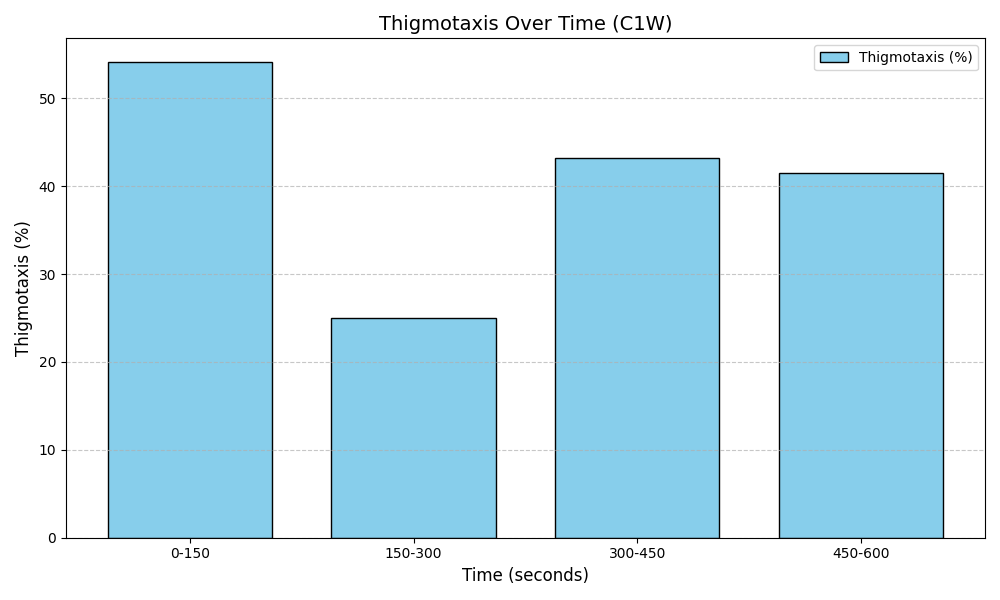
Repository: ZoharBNH5/Behavioral-Testing-Laboratory
Script's output: python bhave_tests.py
These files come from the project's save history. The script's output is drawn as it stood at one moment and after the next save; the edit follows.
Random numbers start from a fixed seed. It also reads C1B_271124_new.mat, C1W_241124_new.mat.

Above is the script's output before, as saved 2024-11-29 13:01:50.

### bhave_tests.py
import numpy as np
import scipy.io


import matplotlib.pyplot as plt
from scipy.io import loadmat
import matplotlib.pyplot



# load data from file
data = loadmat('C1W_241124_new.mat')
mouse_num = "C1W"

print(data.keys())
# Extract grooming start-stop data
grooming_start_stop = data.get('grooming_start_stop', None)
crossing_times = data.get('crossing_times', None)
periphery_times = data.get('periphery_times', None)

if crossing_times is not None and periphery_times is not None and grooming_start_stop is not None:
    # Flatten arrays for processing
    crossing_times = crossing_times.flatten()
    periphery_times = periphery_times.flatten()
    grooming_start_stop = grooming_start_stop.T  # Transpose grooming data for easier handling

# Define bins (2-minute intervals over 10 minutes)
    bin_edges = np.arange(0, 600 + 150, 150)  # Bins of 2 minutes (120 seconds)
    bin_centers = (bin_edges[:-1] + bin_edges[1:]) / 2  # Midpoints for plotting

# Calculate Thigmotaxis per bin
    thigmotaxis_values = []
    for start, end in zip(bin_edges[:-1], bin_edges[1:]):
        # Filter crossing and peripheral crossing within the current bin
        crossings_in_bin = (crossing_times >= start) & (crossing_times < end)
        periphery_in_bin = (periphery_times >= start) & (periphery_times < end)

        total_crossings = np.sum(crossings_in_bin)
        peripheral_crossings = np.sum(periphery_in_bin)

        # Calculate Thigmotaxis for the bin
        thigmotaxis = (peripheral_crossings / total_crossings) * 100 if total_crossings > 0 else 0
        thigmotaxis_values.append(thigmotaxis)

    # Plotting the results
    plt.figure(figsize=(10, 6))
    plt.bar(bin_centers, thigmotaxis_values, width=110, color='skyblue', edgecolor='black', label='Thigmotaxis (%)')
    plt.title(f'Thigmotaxis Over Time ({mouse_num})', fontsize=14)
    plt.xlabel('Time (seconds)', fontsize=12)
    plt.ylabel('Thigmotaxis (%)', fontsize=12)
    plt.xticks(bin_centers, labels=[f'{int(edge)}-{int(edge+150)}' for edge in bin_edges[:-1]])
    plt.grid(axis='y', linestyle='--', alpha=0.7)
    plt.legend()
    plt.tight_layout()
    plt.show()
else:
    print("Required data (crossing_times, periphery_times, or grooming_start_stop) not found in the provided file.")

After the next save:
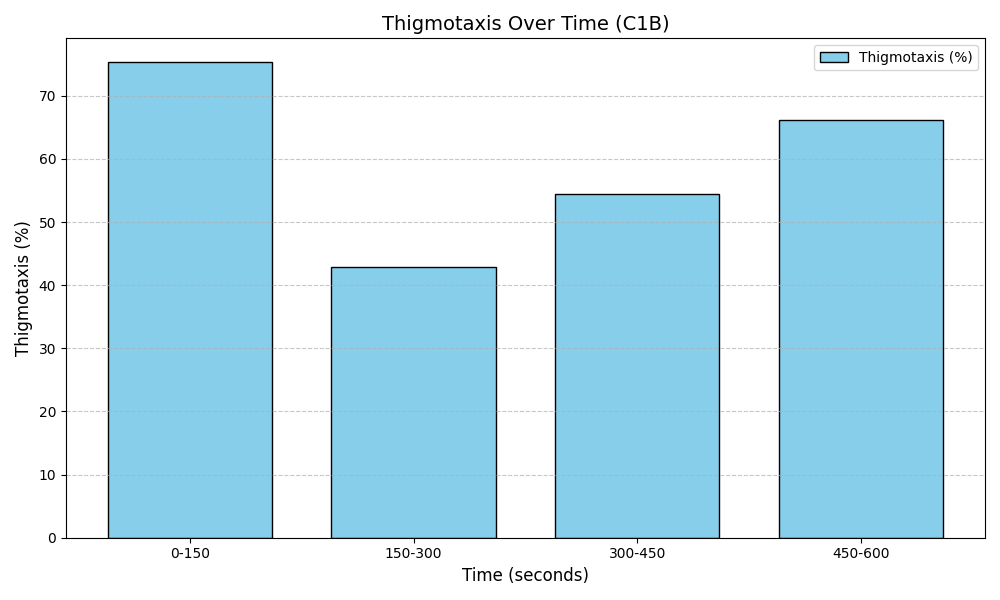
Saved 26 s later.
--- a/bhave_tests.py
+++ b/bhave_tests.py
@@ -9,8 +9,8 @@ import matplotlib.pyplot
 
 
 # load data from file
-data = loadmat('C1W_241124_new.mat')
-mouse_num = "C1W"
+data = loadmat('C1B_271124_new.mat')
+mouse_num = "C1B"
 
 print(data.keys())
 # Extract grooming start-stop data
